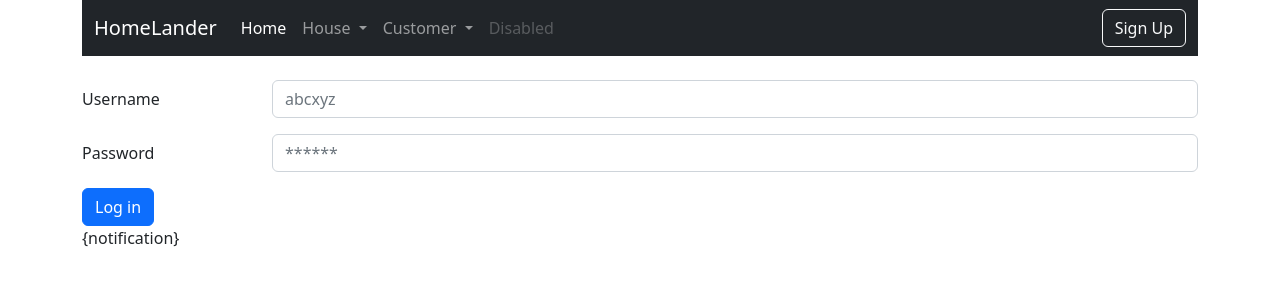
Repository: nguyenhung50497/MD3_caseStudy
Page: src/views/login.html
The author's editor kept a copy of each file at every save. The page is drawn from the files as they stood at one save, then again after the next save.
The browser window is 1280 px wide. The pictures show the whole page.

Above is the page before, as saved 2023-01-03 17:14:45.

### src/views/login.html
<!doctype html>
<html lang="en">
  <head>
    <meta charset="utf-8">
    <meta name="viewport" content="width=device-width, initial-scale=1">
    <title>Home</title>
    <link href="https://cdn.jsdelivr.net/npm/bootstrap@5.2.3/dist/css/bootstrap.min.css" rel="stylesheet" integrity="sha384-rbsA2VBKQhggwzxH7pPCaAqO46MgnOM80zW1RWuH61DGLwZJEdK2Kadq2F9CUG65" crossorigin="anonymous">
  </head>
  <body>
    <div class="container" style="width: 90%;">
      <nav class="navbar navbar-dark bg-dark navbar-expand-lg">
        <div class="container-fluid">
          <a class="navbar-brand" href="/house/home">HomeLander</a>
          <button class="navbar-toggler" type="button" data-bs-toggle="collapse" data-bs-target="#navbarSupportedContent" aria-controls="navbarSupportedContent" aria-expanded="false" aria-label="Toggle navigation">
            <span class="navbar-toggler-icon"></span>
          </button>
          <div class="collapse navbar-collapse" id="navbarSupportedContent">
            <ul class="navbar-nav me-auto mb-2 mb-lg-0">
              <li class="nav-item">
                <a class="nav-link active" aria-current="page" href="/house/home">Home</a>
              </li>
              <li class="nav-item dropdown">
                <a class="nav-link dropdown-toggle" href="#" role="button" data-bs-toggle="dropdown" aria-expanded="false">
                  House
                </a>
                <ul class="dropdown-menu">
                  <li><a class="dropdown-item" href="/house/create">Create New House</a></li>
                  <li><a class="dropdown-item" href="/house/home">Search House</a></li>
                  <li><hr class="dropdown-divider"></li>
                  <li><a class="dropdown-item" href="#">Something else here</a></li>
                </ul>
              </li>
              <li class="nav-item dropdown">
                <a class="nav-link dropdown-toggle" href="#" role="button" data-bs-toggle="dropdown" aria-expanded="false">
                  Customer
                </a>
                <ul class="dropdown-menu">
                  <li><a class="dropdown-item" href="/customer/home">All Customer</a></li>
                  <li><a class="dropdown-item" href="/customer/create">Create New Customer</a></li>
                  <li><a class="dropdown-item" href="/customer/home">Search Customer</a></li>
                  <li><hr class="dropdown-divider"></li>
                  <li><a class="dropdown-item" href="#">Something else here</a></li>
                </ul>
              </li>
              <li class="nav-item">
                <a class="nav-link disabled">Disabled</a>
              </li>
            </ul>
            <a href="/customer/signup">
              <button class="btn btn-outline-light" type="submit">Sign Up</button>
            </a>
          </div>
        </div>
      </nav>
      <br>
      <form action="/customer/login" method="post">
        <div class="row mb-3">
          <label for="inputEmail3" class="col-sm-2 col-form-label">Username</label>
          <div class="col-sm-10">
            <input type="text" name="userName" class="form-control" id="inputEmail3" placeholder="abcxyz">
          </div>
        </div>
        <div class="row mb-3">
          <label for="inputPassword3" class="col-sm-2 col-form-label">Password</label>
          <div class="col-sm-10">
            <input type="password" name="password" class="form-control" id="inputPassword3" placeholder="******">
          </div>
        </div>
        <button type="submit" class="btn btn-primary" data-bs-toggle="modal" data-bs-target="#exampleModal">Log in</button>
      </form>
      {notification}
      <div class="modal fade" id="exampleModal" tabindex="-1" aria-labelledby="exampleModalLabel" aria-hidden="true">
        <div class="modal-dialog">
          <div class="modal-content">
            <div class="modal-header">
              <h1 class="modal-title fs-5" id="exampleModalLabel">Modal title</h1>
              <button type="button" class="btn-close" data-bs-dismiss="modal" aria-label="Close"></button>
            </div>
            <div class="modal-body">
              ...
            </div>
            <div class="modal-footer">
              <button type="button" class="btn btn-secondary" data-bs-dismiss="modal">Close</button>
              <button type="button" class="btn btn-primary">Save changes</button>
            </div>
          </div>
        </div>
      </div>
    </div>
    <script src="https://cdn.jsdelivr.net/npm/bootstrap@5.2.3/dist/js/bootstrap.bundle.min.js" integrity="sha384-kenU1KFdBIe4zVF0s0G1M5b4hcpxyD9F7jL+jjXkk+Q2h455rYXK/7HAuoJl+0I4" crossorigin="anonymous"></script>
  </body>
</html>

After the next save:
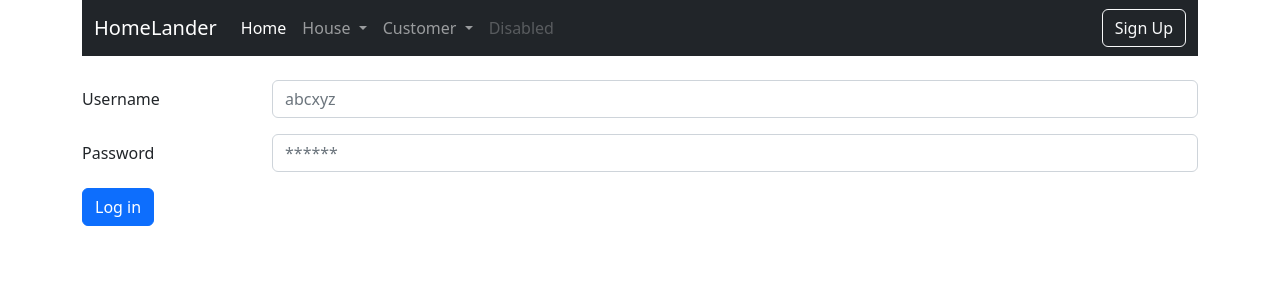
Saved 9 s later.
--- a/src/views/login.html
+++ b/src/views/login.html
@@ -68,7 +68,6 @@
         </div>
         <button type="submit" class="btn btn-primary" data-bs-toggle="modal" data-bs-target="#exampleModal">Log in</button>
       </form>
-      {notification}
       <div class="modal fade" id="exampleModal" tabindex="-1" aria-labelledby="exampleModalLabel" aria-hidden="true">
         <div class="modal-dialog">
           <div class="modal-content">
